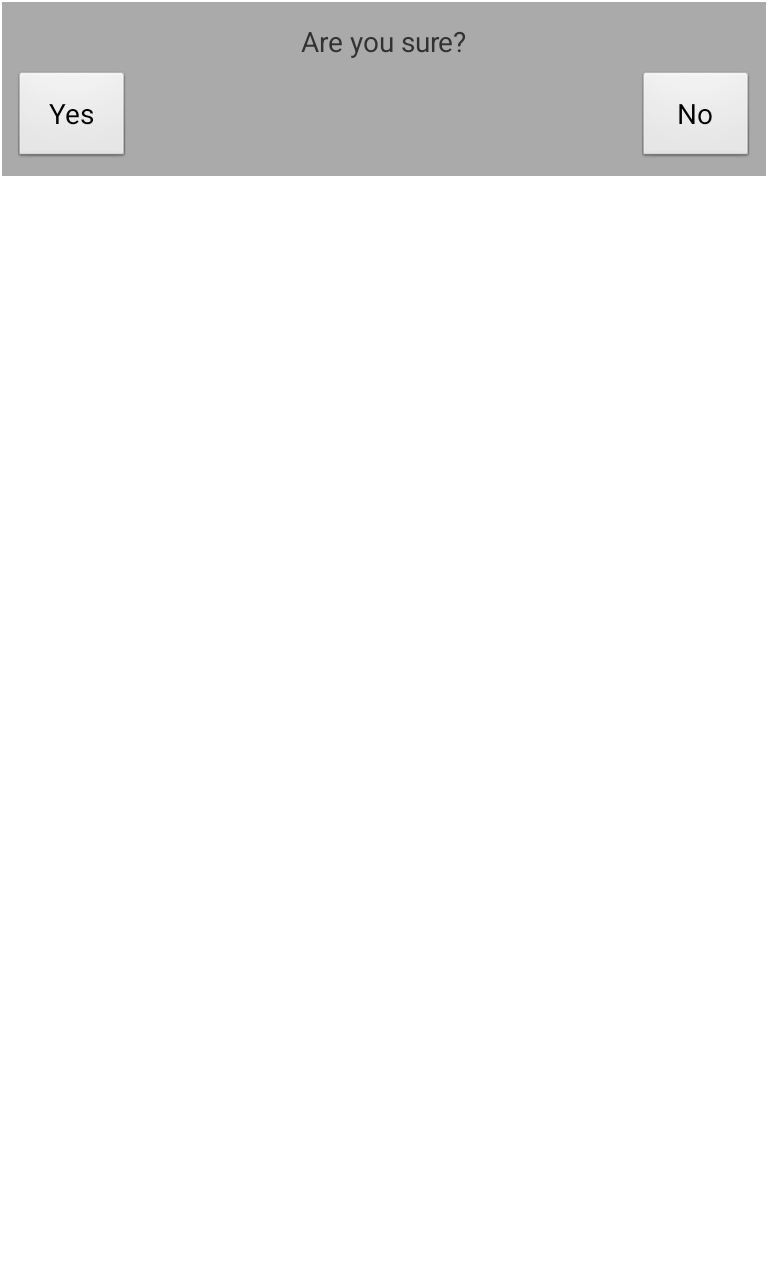
Repository: jwisch91/CS390-Project
Layout: workspace/testing/res/layout/confirmation_popup.xml
The author's editor kept a copy of each file at every save. The layout is drawn from the files as they stood at one save, then again after the next save.
It is drawn on a 768 x 1280 px phone screen (xhdpi) without system bars, with theme android:Theme.Light; the app's code is not run.

Above is the layout before, as saved 2013-04-12 02:49:44.

After the next save:
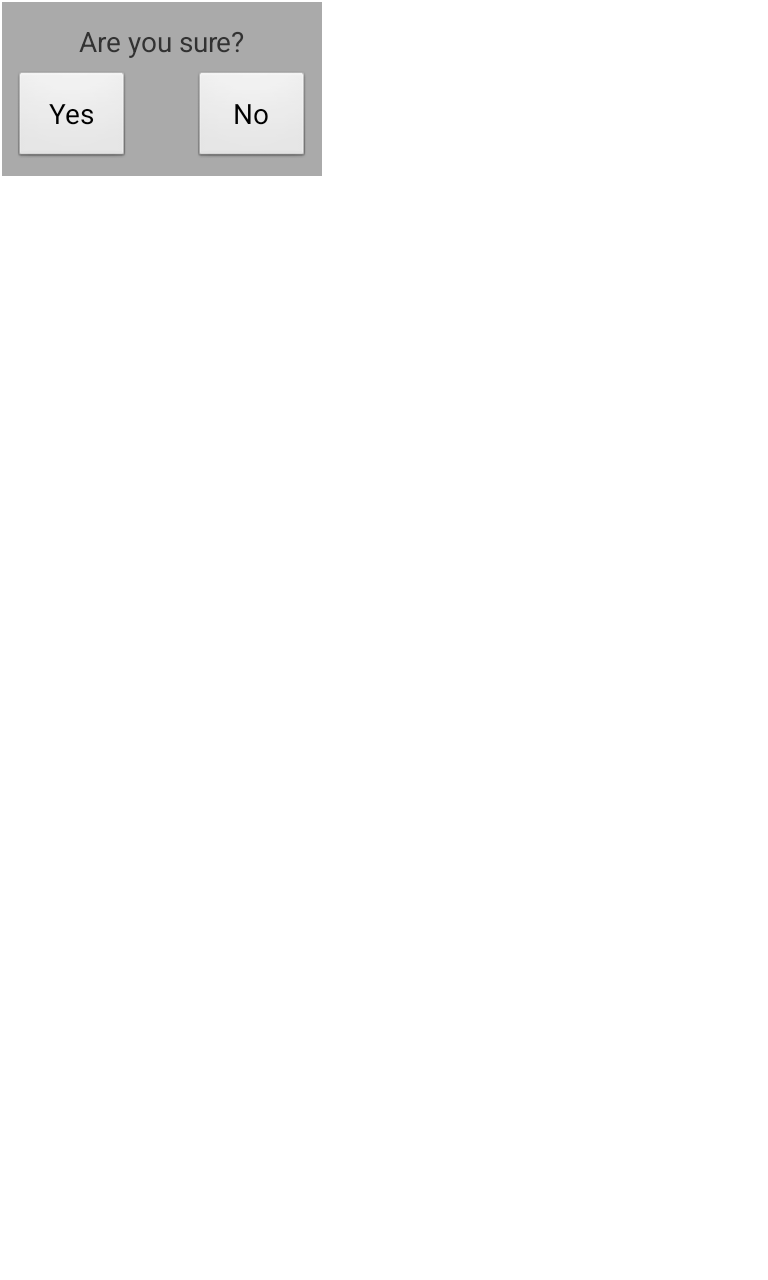
Saved 13 s later.
--- a/workspace/testing/res/layout/confirmation_popup.xml
+++ b/workspace/testing/res/layout/confirmation_popup.xml
@@ -5,7 +5,7 @@
     android:orientation="vertical"
     android:background="@android:color/background_light">
  <LinearLayout
-     android:layout_width="wrap_content"
+     android:layout_width="160dp"
      android:layout_height="wrap_content"
      android:orientation="vertical"
      android:layout_margin="1dp"
